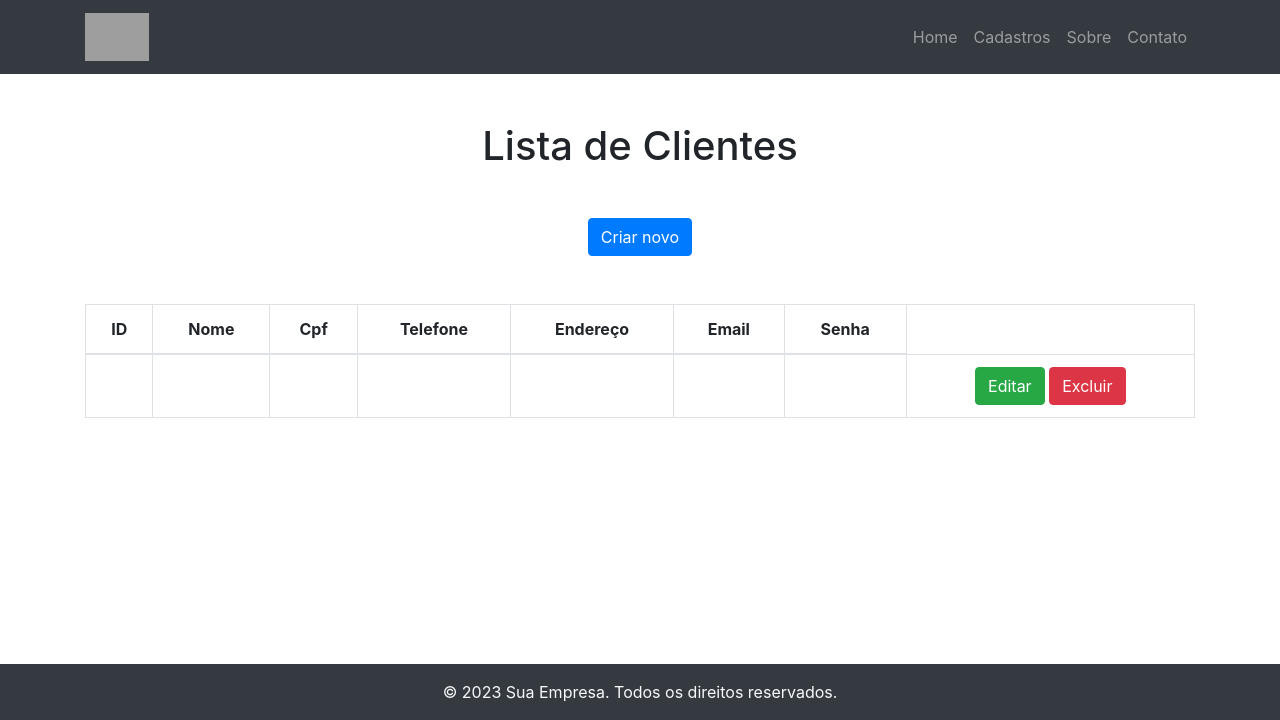
Repository: marcelledssantos/PotterTravel-MVC
Page: http://localhost/PotterTravel-MVC/ReadController
These files come from the project's save history. The page is drawn as it stood at one moment and after the next save; the edit follows.
The browser window is 1280 px wide. The pictures show the whole page.
Pictures or frames that could not be fetched are drawn as grey boxes. Some web libraries are served in a nearby version. The page is served by Tomcat 9. Queries for data that is not in the repository find no rows.

Above is the page before, as saved 2023-10-31 19:44:33.

After the next save:
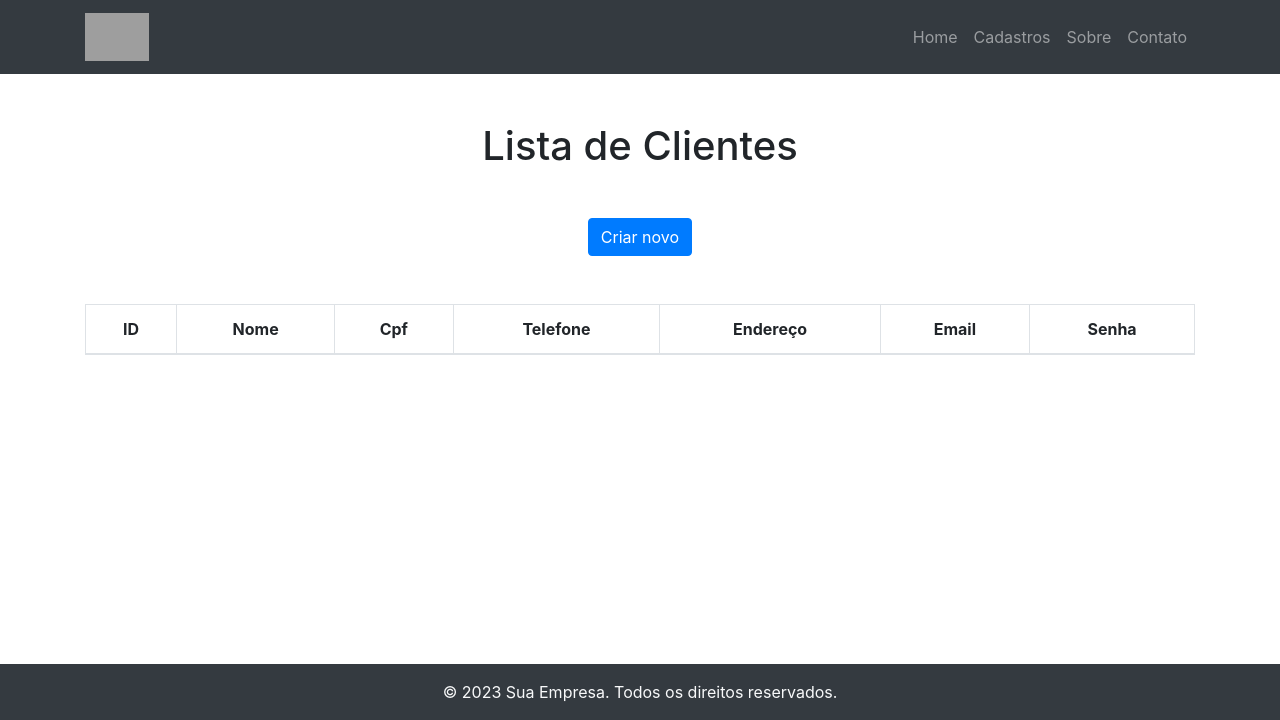
Saved 3 min 51 s later.
--- a/PotterTravel-MVC/src/main/webapp/clientes.jsp
+++ b/PotterTravel-MVC/src/main/webapp/clientes.jsp
@@ -1,6 +1,8 @@
 <%@ page language="java" contentType="text/html; charset=UTF-8"
 	pageEncoding="UTF-8"%>
-<%@ taglib prefix="c" uri="http://java.sun.com/jsp/jstl/core"%>
+
+	<%@ taglib uri="http://java.sun.com/jsp/jstl/core" prefix="jstl"%>
+
 <!DOCTYPE html>
 <html>
 <head>
